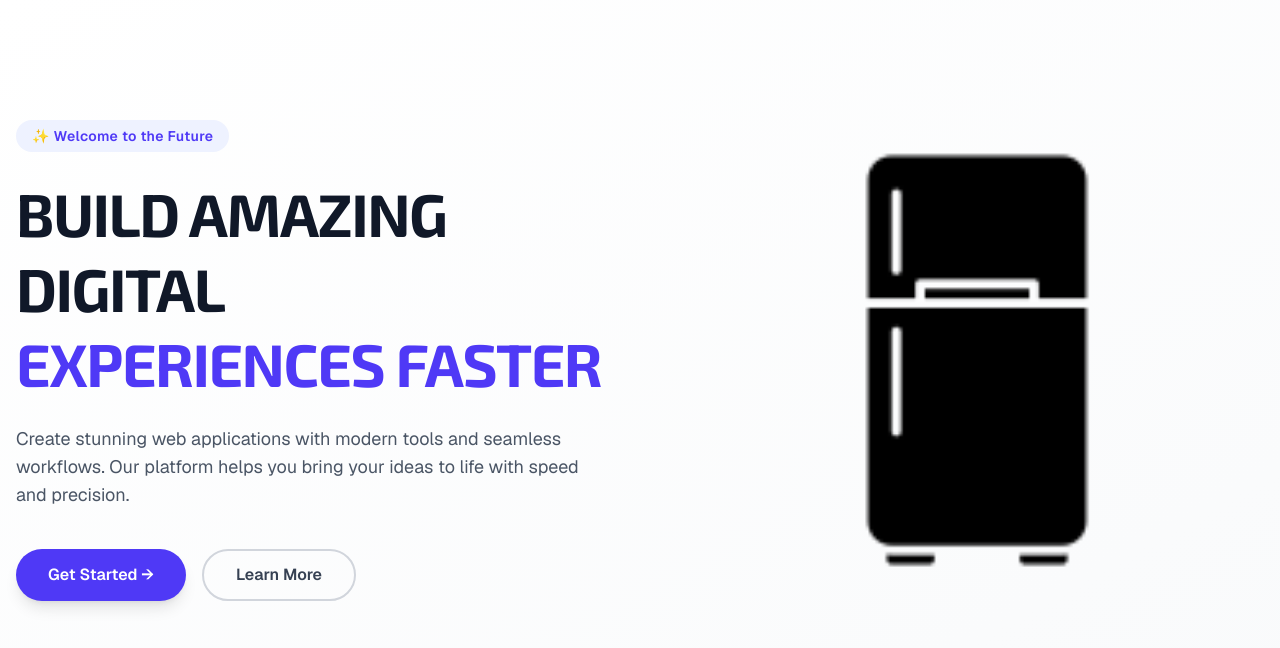
Repository: deepak445566/repai
Page: / (app in repair/)
The author's editor kept a copy of each file at every save. The page is drawn from the files as they stood at one save, then again after the next save.
The browser window is 1280 px wide. The pictures show the whole page.
The project was rebuilt for these pictures with package versions that can differ from the ones it lists, and the page was loaded fresh each time. The framework's server and built-in components were replaced by stand-ins that run in the browser. Also part of the build but not shown: repair/next.config.mjs.

Above is the page before, as saved 2026-04-15 12:14:07.

### repair/src/app/layout.js
import { Abril_Fatface, Exo_2, Geist, Geist_Mono } from "next/font/google";
import "./globals.css";

const geistSans = Geist({
  variable: "--font-geist-sans",
  subsets: ["latin"],
});

const geistMono = Geist_Mono({
  variable: "--font-geist-mono",
  subsets: ["latin"],
});
const abril = Abril_Fatface({
  weight: '400',
  subsets: ['latin'],
  variable: '--font-abril',
});

const exo = Exo_2({
  subsets: ['latin'],
  weight: ['400','600','700'],
  variable: '--font-exo',
});

export const metadata = {
  title: "Create Next App",
  description: "Generated by create next app",
};

export default function RootLayout({ children }) {
  return (
    <html
      lang="en"
      className={`${geistSans.variable} ${geistMono.variable} ${abril.variable} ${exo.variable} h-full antialiased`}
    >
      <body className="min-h-full flex flex-col">{children}</body>
    </html>
  );
}

### repair/src/app/page.js
import HeroPage from '@/components/heroPage'
import React from 'react'

function page() {
  return (
   <>
   <HeroPage/>

   </>
  )
}

export default page

### repair/src/app/globals.css
@import "tailwindcss";

:root {
  --background: #ffffff;
  --foreground: #171717;
}

@theme inline {
  --color-background: var(--background);
  --color-foreground: var(--foreground);
  --font-sans: var(--font-geist-sans);
  --font-mono: var(--font-geist-mono);
}

@media (prefers-color-scheme: dark) {
  :root {
    --background: #0a0a0a;
    --foreground: #ededed;
  }
}

body {
  background: var(--background);
  color: var(--foreground);
  font-family: var(--font-parkinsans);
}



.abril {
  font-family: var(--font-abril);
}

.exo {
  font-family: var(--font-exo);
}

### repair/src/components/heroPage.jsx
import Image from 'next/image';

export default function HeroPage() {
  return (
    <div className="min-h-screen bg-gradient-to-br from-white to-gray-50 flex items-center justify-center px-4 py-12 ">
      <div className="max-w-7xl mx-auto w-full">
        <div className="flex flex-col lg:flex-row items-center gap-12 lg:gap-16">

          {/* Left Section - Content */}
          <div className="flex-1 text-center lg:text-left space-y-6 w-[60%]">
            <div className="inline-block px-4 py-1.5 rounded-full bg-indigo-50 text-indigo-600 text-sm font-semibold tracking-wide">
              ✨ Welcome to the Future
            </div>

            <h1 className="text-4xl sm:text-5xl lg:text-6xl font-bold tracking-tight text-gray-900 leading-tight uppercase exo">
              Build Amazing Digital
              <span className="text-indigo-600 block"> Experiences Faster</span>
            </h1>

            <p className="text-lg text-gray-600 max-w-xl mx-auto lg:mx-0">
              Create stunning web applications with modern tools and seamless workflows.
              Our platform helps you bring your ideas to life with speed and precision.
            </p>

            <div className="flex flex-col sm:flex-row gap-4 justify-center lg:justify-start pt-4">
              <button className="px-8 py-3 rounded-full bg-indigo-600 text-white font-semibold shadow-lg hover:bg-indigo-700 transition-all duration-200 transform hover:scale-105">
                Get Started →
              </button>
              <button className="px-8 py-3 rounded-full border-2 border-gray-300 text-gray-700 font-semibold hover:bg-gray-50 transition-all duration-200">
                Learn More
              </button>
            </div>
          </div>

          {/* Right Section - Image - Fixed */}
          <div className="flex-1 flex justify-center lg:justify-end w-[40%]">
            <div className="relative w-full max-w-sm sm:max-w-md lg:max-w-lg">
              <div className="absolute inset-0  opacity-60 -z-10"></div>
              <div className="relative  overflow-hidden ">
                {/* Yahan size control karo - Simple way */}
                <div className="relative w-[350px] h-[350px] md:w-[450px] md:h-[550px]  ">
                  <Image
                    src="/images/image.png"
                    alt="Hero Image"
                    fill
                    className="object-contain p-4"
                    priority
                  />
                </div>
              </div>
            </div>
          </div>
        </div>
      </div>
    </div>
  );
}

After the next save:
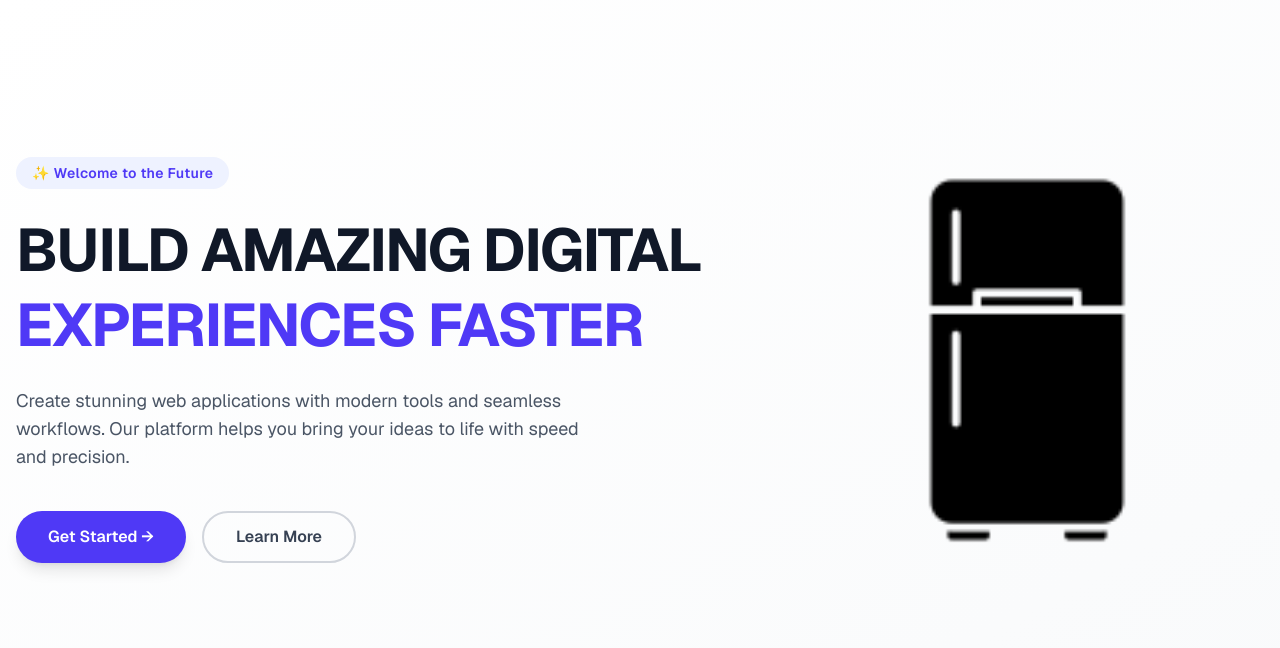
Saved 58 s later.
--- a/repair/src/components/heroPage.jsx
+++ b/repair/src/components/heroPage.jsx
@@ -2,17 +2,17 @@ import Image from 'next/image';
 
 export default function HeroPage() {
   return (
-    <div className="min-h-screen bg-gradient-to-br from-white to-gray-50 flex items-center justify-center px-4 py-12 ">
+    <div className="min-h-screen bg-gradient-to-br from-white to-gray-50 flex items-center justify-center px-4 py-12">
       <div className="max-w-7xl mx-auto w-full">
         <div className="flex flex-col lg:flex-row items-center gap-12 lg:gap-16">
 
-          {/* Left Section - Content */}
-          <div className="flex-1 text-center lg:text-left space-y-6 w-[60%]">
+          {/* Left Section - 60% Width */}
+          <div className="w-full lg:w-[60%] text-center lg:text-left space-y-6">
             <div className="inline-block px-4 py-1.5 rounded-full bg-indigo-50 text-indigo-600 text-sm font-semibold tracking-wide">
               ✨ Welcome to the Future
             </div>
 
-            <h1 className="text-4xl sm:text-5xl lg:text-6xl font-bold tracking-tight text-gray-900 leading-tight uppercase exo">
+            <h1 className="text-4xl sm:text-5xl lg:text-6xl font-bold tracking-tight text-gray-900 leading-tight uppercase">
               Build Amazing Digital
               <span className="text-indigo-600 block"> Experiences Faster</span>
             </h1>
@@ -32,13 +32,13 @@ export default function HeroPage() {
             </div>
           </div>
 
-          {/* Right Section - Image - Fixed */}
-          <div className="flex-1 flex justify-center lg:justify-end w-[40%]">
+          {/* Right Section - 40% Width */}
+          <div className="w-full lg:w-[40%] flex justify-center lg:justify-end">
             <div className="relative w-full max-w-sm sm:max-w-md lg:max-w-lg">
-              <div className="absolute inset-0  opacity-60 -z-10"></div>
-              <div className="relative  overflow-hidden ">
-                {/* Yahan size control karo - Simple way */}
-                <div className="relative w-[350px] h-[350px] md:w-[450px] md:h-[550px]  ">
+              <div className="absolute inset-0 opacity-60 -z-10"></div>
+              <div className="relative overflow-hidden">
+                {/* Size control - Apni hisaab se change karo */}
+                <div className="relative w-[300px] h-[300px] md:w-[350px] md:h-[450px] lg:w-[400px] lg:h-[500px] mx-auto">
                   <Image
                     src="/images/image.png"
                     alt="Hero Image"
